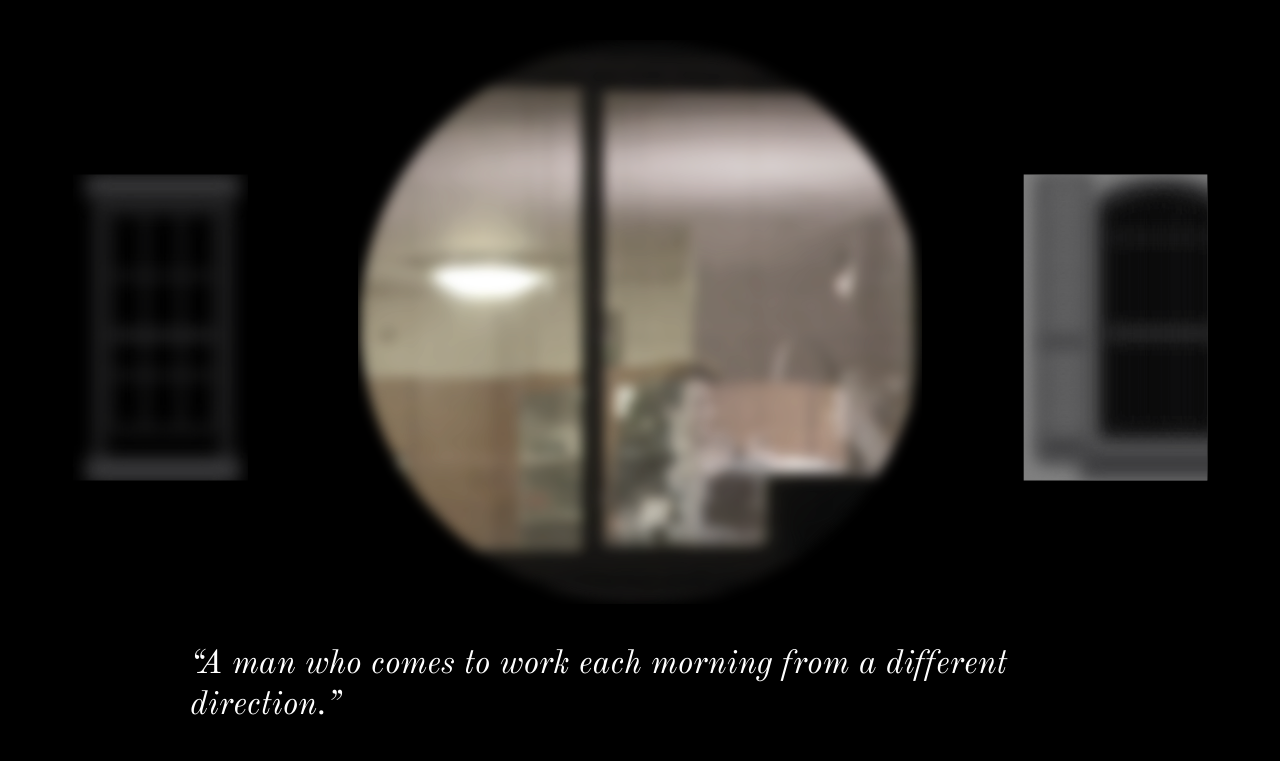
Repository: ConnyPinto/connypinto.github.io
Page: studio/space/final-space/room6.html
The author's editor kept a record of every edit. The page is drawn from the files as they stood at one moment, then again after the next edit.
The browser window is 1280 px wide. The pictures show the whole page.
Some web libraries are served in a nearby version.

Above is the page before.

### studio/space/final-space/room6.html
<html>

<head>
    <title>Space</title>
   <link href='//fonts.googleapis.com/css?family=Old+Standard+TT:400italic' rel='stylesheet' type='text/css'>
    <link rel="stylesheet" href="css/room.css" type="text/css" />
     <script src="//ajax.googleapis.com/ajax/libs/jquery/1.7.1/jquery.min.js"></script>
      <script src="javascript/room.js"></script>
</head>

<body>

       <a href="room6.html" class="right-window"
        style="background-image: url(images/grey-blur-06.png);
    background-repeat: no-repeat;
    transform: scale(1.2);
    width: 153px;
    height: 255px;
    display: block;
    float:right;
    margin-right:80px;
    margin-top:160px;"></a>


           <a href="room5.html" class="left-window"
        style="background-image: url(images/grey-blur-05.png);
    background-repeat: no-repeat;
    transform: scale(1.2);
    width: 153px;
    height: 255px;
    display: block;
    float:left;
    margin-left:80px;
    margin-top:160px;"></a>


    <div class="content">



    <a href="#" class="lense" style="background-image: url(images/lense-06.png);"></a>



    <div class="quote">&ldquo;A man who comes to work each morning from a different direction.&rdquo;</div>

    </div>

    <!-- <div class="eyes"><img src="images/i9lb4.gif"></div>  -->




</body>

</html>

### studio/space/final-space/css/room.css
body{
    background-color: black;
    font-family: 'Old Standard TT', serif;
    font-style: italic;
    margin-bottom:35px;
}

.lense {
    background-repeat: no-repeat;
    width: 564px;
    height:564px;
    display: block;
    font-size: 0;
    margin:0 auto;
    margin-bottom:40px;
    margin-top:40px;
}
.lense:hover {
    background-position: 0 -565px;
}


/*.lense{
    margin:0 auto;
    margin-top:80px;
    margin-bottom:114px;}*/

.right-window{
    background-repeat: no-repeat;
    background-color: grey;
    width: 125px;
    height: 153px;
    display: block;
    float:right;
    margin-top:200px;
}

.right-window:hover {
    background-position: 0 -125px;
}



.content{
    width:900px;
    margin:0 auto;

}

.quote{
    color:white;
    font-family: 'Old Standard TT', serif;
    display: block;
    margin-left: auto;
    margin-right: auto;
    margin-bottom:10px;
    font-size: 25pt;
    width:900px;


}

.eyes{

    position: relative;
   margin:0 auto;
   width:300px;

}

.sofa-button {
    background-image: url(../images/sofa-button.png);
    background-repeat: no-repeat;
    width: 212px;
    height: 67px;
    display: inline-block;
    font-size: 0;
    margin:60px;
    margin-bottom:-80px;

}
.sofa-button:hover {
    background-position: 0 -68px;
}


/*.sofa-button{
    margin:20px;
    margin-bottom:-70px;

}*/

### studio/space/final-space/javascript/room.js
$(document).ready(function () {
    $('body').click(function (e) {
        console.log(e);
        if (!$(e.target).is('a')) {
            window.location.href = 'window.html';
        }
    });
});

After the next edit:
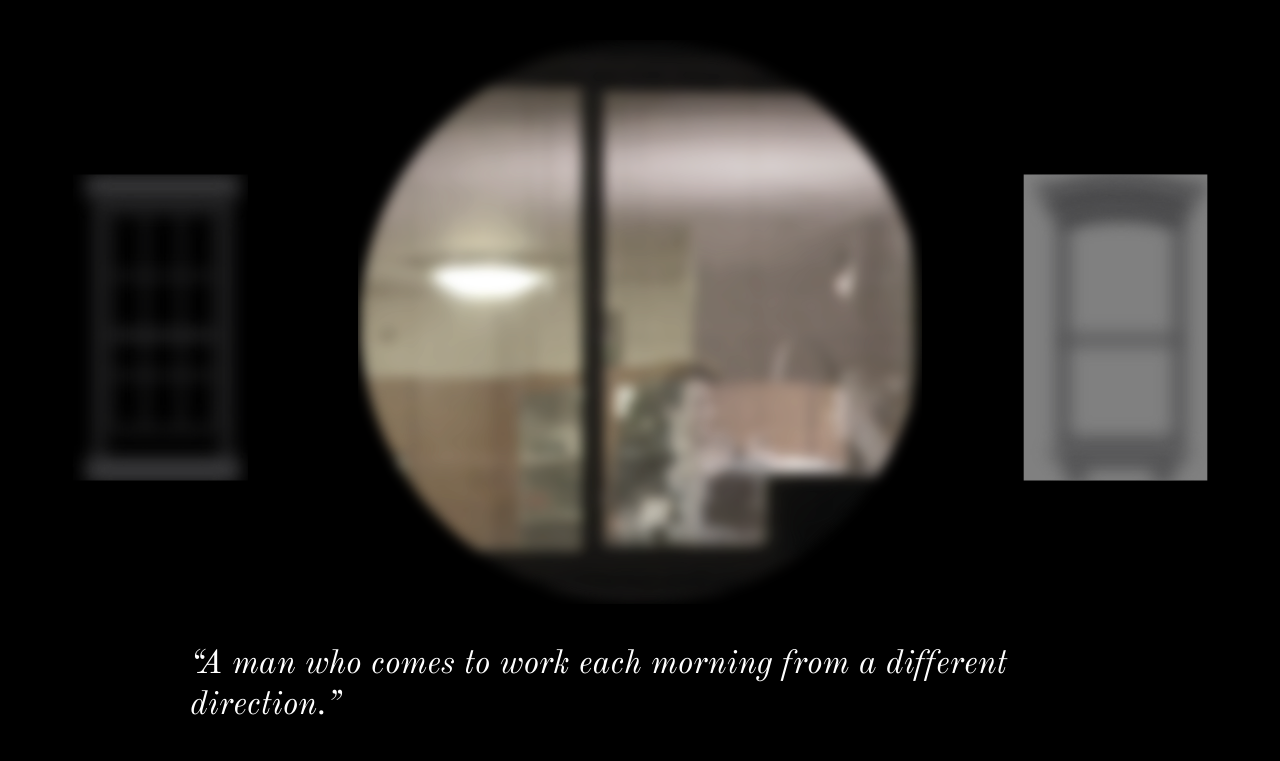
The edit:
--- a/studio/space/final-space/room6.html
+++ b/studio/space/final-space/room6.html
@@ -10,8 +10,8 @@
 
 <body>
 
-       <a href="room6.html" class="right-window"
-        style="background-image: url(images/grey-blur-06.png);
+       <a href="room7.html" class="right-window"
+        style="background-image: url(images/grey-blur-07.png);
     background-repeat: no-repeat;
     transform: scale(1.2);
     width: 153px;
